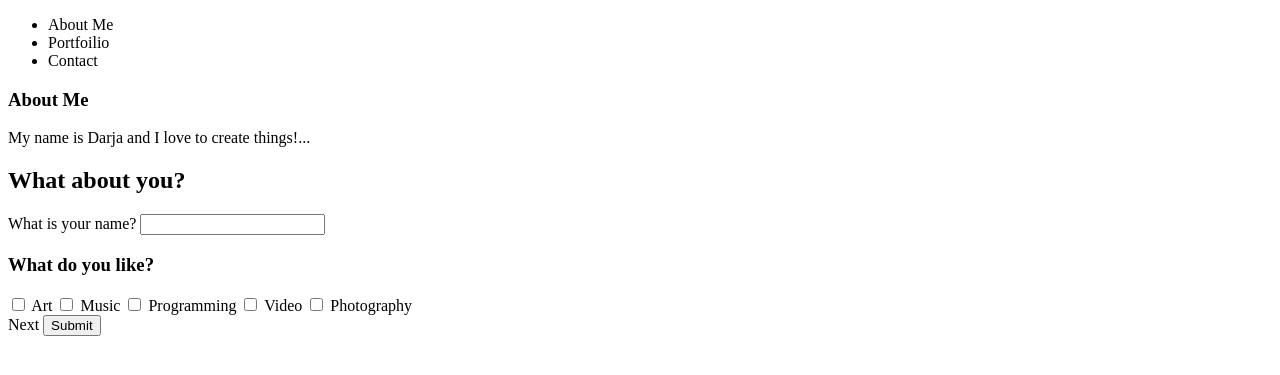
Repository: holyygreg/PortfolioProject
Page: code files/index.html
The author's editor kept a copy of each file at every save. The page is drawn from the files as they stood at one save, then again after the next save.
The browser window is 1280 px wide. The pictures show the whole page.

Above is the page before, as saved 2024-08-02 16:09:08.

### code files/index.html
<!DOCTYPE html>
<html lang="en">
<head>
    <meta charset="UTF-8">
    <meta name="viewport" content="width=device-width, initial-scale=1.0">
    <title>Document</title>
</head>

<body>
    <header>
        <nav>
            <ul>
                <li>About Me</li>
                <li>Portfoilio</li>
                <li>Contact</li>
            </ul>
        </nav>
    </header>

    <section>
        <article>
            <h1>About Me</h1>
            <p>My name is Darja and I love to create things!...</p>
        </article>
    </section>

    <section>
        <h2>What about you?</h2>
        <label>What is your name?</label>
        <input type="text"/>
        <br>

        <h3>What do you like?</h3>
        <input type="checkbox" id="hobby1" name="hobby1" value="art">
        <label for="hobby1">Art</label>
        <input type="checkbox" id="hobby2" name="hobby2" value="music">
        <label for="hobby2">Music</label>
        <input type="checkbox" id="hobby3" name="hobby3" value="program">
        <label for="hobby3">Programming</label>
        <input type="checkbox" id="hobby4" name="hobby4" value="video">
        <label for="hobby4">Video</label>
        <input type="checkbox" id="hobby5" name="hobby5" value="photo">
        <label for="hobby5">Photography</label>
        <br>

        <label for="submit">Next</label>
        <input type="submit" id="submit" name="submit">

    </section>
</body>
</html>

After the next save:
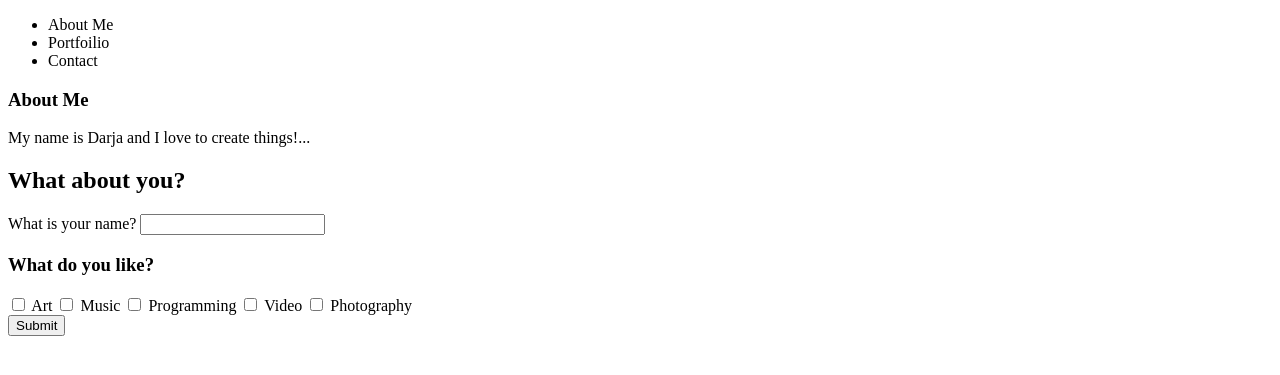
Saved 73 s later.
--- a/code files/index.html
+++ b/code files/index.html
@@ -43,7 +43,7 @@
         <label for="hobby5">Photography</label>
         <br>
 
-        <label for="submit">Next</label>
+
         <input type="submit" id="submit" name="submit">
 
     </section>
